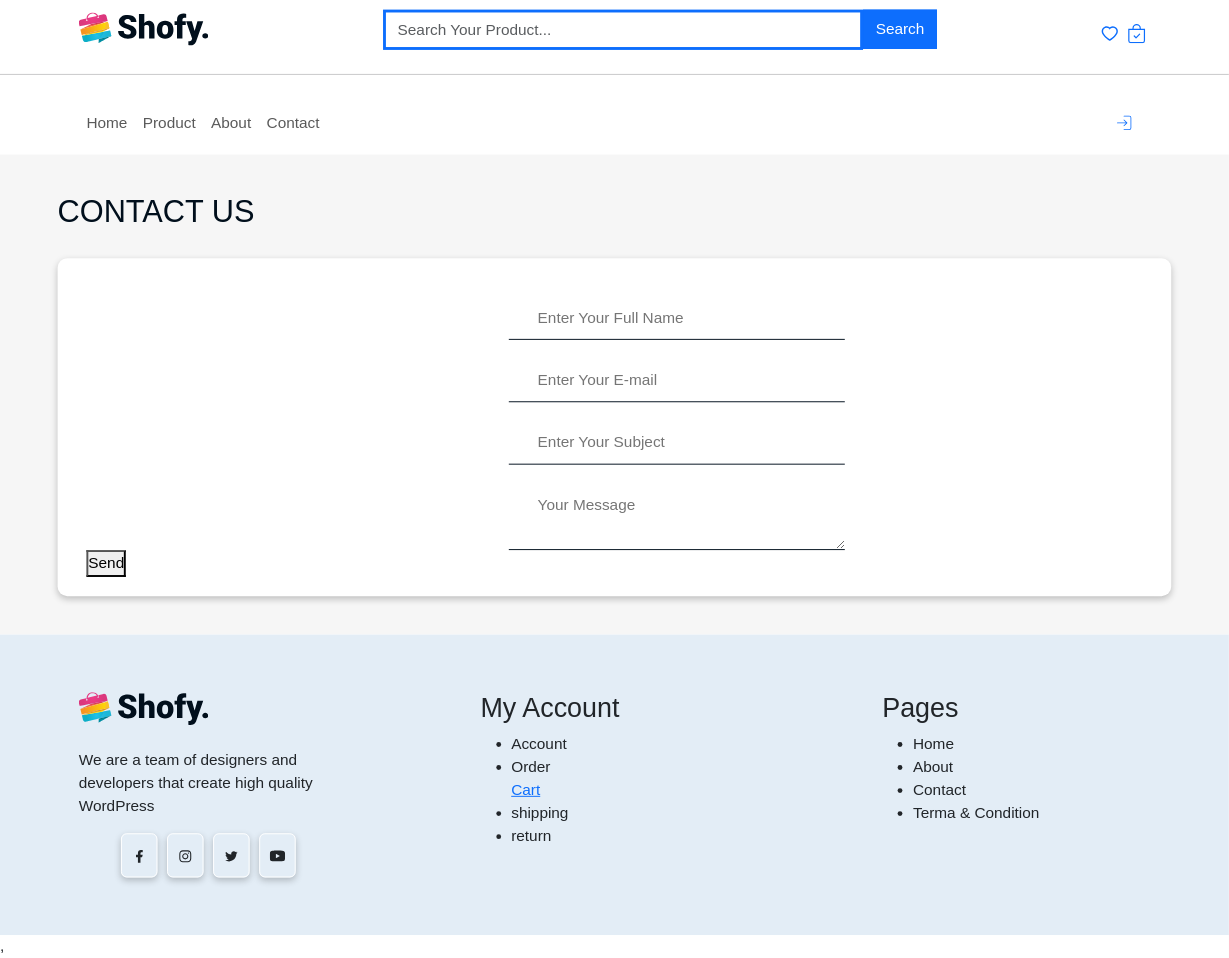
Repository: YomnaWegdan/E-commerce
Page: /contact
An editor plug-in stored every save of this project. The page is shown before and after a run of saves, followed by the edit.
The browser window is 1280 px wide. The pictures show the whole page, at 96% of full size.
The project was rebuilt for these pictures with package versions that can differ from the ones it lists, and the page was loaded fresh each time. Also part of the build but not shown: src/App.css, src/Pages/Home.css, src/Components/HomeProduct.js, src/Pages/Home.js, src/Pages/Product.js, src/Components/Cart/Cart.css, src/Components/Cart/Cart.js.

Above is the page before, as saved 2023-08-09 00:54:15.

### src/index.js
import React from 'react';
import ReactDOM from 'react-dom/client';
import './index.css';
import App from './App';
import reportWebVitals from './reportWebVitals';
import 'bootstrap/dist/css/bootstrap.min.css';
import { Auth0Provider } from '@auth0/auth0-react';
import { ContextProvider } from './Components/Context';

const root = ReactDOM.createRoot(document.getElementById('root'));
root.render(

  <ContextProvider>
  <Auth0Provider
  domain="dev-aamwpxlsfm3npzz6.us.auth0.com"
  clientId="MkjduxuJruldtmeMMgriskirViaGSRSW"
  authorizationParams={{
    redirect_uri: window.location.origin
  }}
>

  <App />
</Auth0Provider>,</ContextProvider>
);

// If you want to start measuring performance in your app, pass a function
// to log results (for example: reportWebVitals(console.log))
// or send to an analytics endpoint. Learn more: https://bit.ly/CRA-vitals
reportWebVitals();

### src/App.js
import { BrowserRouter , Routes , Route} from 'react-router-dom';
import './App.css';
import Navs from './Components/Navbar/Navs';
import Home from './Pages/Home';
import Footer from './Components/Footer/Footer';
import Product from './Pages/Product';
import Cart from './Components/Cart/Cart';
import Contact from './Pages/Contact';

function App() {
  return (
    <BrowserRouter>
    <Navs/>
    <Routes>
    <Route path='/' element={<Home/>}/>
    <Route path='/product' element={<Product/>}/>
    <Route path='/cart' element={<Cart/>}/>
    <Route path='/contact' element={<Contact/>}/>


    </Routes>
    <Footer/>

    </BrowserRouter>
  );
}

export default App;

### src/Components/Context.js
import {createContext  , useContext, useState} from "react"
import Productdetail from "../Pages/Productdetail";

export const Context = createContext(null);
export const useAppContext = () =>{
    const contextVar = useContext(Context);
    if(contextVar === undefined){
        throw new Error('Context must be within ContextProvider');
    }
    return contextVar;
}

export const ContextProvider = ({children}) =>{

    const [product , setProduct] = useState(Productdetail)
    const filterProduct = (product)=>{
        const update = Productdetail.filter((x)=>{
         return( x.Cat=== product )
        })
        setProduct(update)
      }
        const AllProducts = () =>{
          setProduct(Productdetail)
        }

        const searchBtn = (product) => {
    const change = Productdetail.filter((x) =>
    {
      return x.Cat === product
    })
    setProduct(change)
  }

  //Product_detail
  const [detail , setDetail] = useState([])
  const [close , setClose] = useState(false);

  const View = (product)=>{
    setDetail([{...product}])
    setClose(true)
  }

  //Cart
  const [cart , setCart] = useState([])

  const addToCart = (product)=>{
    const exist = cart.find((x)=>{
      return x.id === product.id
    })
    if(exist)
    {
      alert("This Product is already added to cart")
    }else{
      setCart([...cart, {...product, qty:1}])
      alert('Product is added to cart')
    }

  }
  console.log(cart)

  const increment =(product)=>{
    const exist = cart.find((x)=>{
        return x.id === product.id;
    })
    setCart(cart.map((el)=>{
      return el.id === product.id ? {...exist , qty: exist.qty +1}: el
    }))

}
const decrement =(product)=>{
  const exist = cart.find((x)=>{
    return x.id === product.id;
})
setCart(cart.map((el)=>{
  return el.id === product.id ? {...exist , qty: exist.qty -1}: el
}))
}

//Remove cart product
const removeproduct = (product) =>
{
    const exsit = cart.find((x) =>
    {
        return x.id === product.id
    })
    if(exsit.qty > 0)
    {
        setCart(cart.filter((x) =>
        {
            return x.id !== product.id
        }))
    }
}
const Totalprice = cart.reduce((price, item) => price + item.qty * item.Price, 0)


    return(
        <Context.Provider value={{ product , filterProduct, AllProducts , searchBtn , detail , View , close , setClose , addToCart , cart
          ,increment , decrement , removeproduct , Totalprice
         }}>
        {children}
        </Context.Provider>
    )}

### src/Components/Navbar/Navs.js
import { Fragment, useState } from 'react';
import Container from 'react-bootstrap/Container';
import Nav from 'react-bootstrap/Nav';
import Navbar from 'react-bootstrap/Navbar';
import Form from 'react-bootstrap/Form';
import Button from 'react-bootstrap/Button';
import Row from 'react-bootstrap/Row';
import Col from 'react-bootstrap/Col';
import logo from '../../img/logo.svg'
import { AiOutlineUser } from 'react-icons/ai';
import { CiLogin } from 'react-icons/ci';
import { CiLogout } from 'react-icons/ci';
import { AiOutlineHeart } from 'react-icons/ai';
import { BsBagCheck } from 'react-icons/bs';
import './Navs.css'
import { useAuth0 } from "@auth0/auth0-react";
import { useAppContext } from '../Context';
import { NavLink } from 'react-router-dom';

const Navs = () => {
  const { loginWithRedirect, logout , user, isAuthenticated } = useAuth0();
  const [search , setSearch] = useState()
  const {searchBtn} = useAppContext();


  return (
    <Fragment>
    <Navbar expand="lg" className='justify-content-between' >
      <Container>
        <Navbar.Brand href="/"><img src={logo} alt ='Logo'/></Navbar.Brand>
        <Navbar.Toggle aria-controls="basic-navbar-nav" />
        <Navbar.Collapse id="basic-navbar-nav" >
          <Nav className=" w-100 justify-content-center">
          <Form inline >
          <Row>
            <Col xs="auto">
              <Form.Control
                type="text"
                placeholder="Search Your Product..."
                className=" mr-sm-2  w-auto"
                value={search} onChange={(e)=>setSearch(e.target.value)}
              />

            </Col>
            <Col xs="auto" className=' m-sm-0'>
              <Button type="submit" onClick={()=>searchBtn(search)}  >Search</Button>
            </Col>
          </Row>
        </Form>
        </Nav>
        <Nav className=' justify-content-end'>
        {isAuthenticated &&
        (
        <Nav>
          <Nav.Link href="/" ><AiOutlineUser/></Nav.Link>
          <p className=' my-auto me-3' >Hello, {user.name}</p>
        </Nav>
        )}

        <NavLink to ="/"  className='mt-2 mx-1'><AiOutlineHeart/></NavLink>
        <NavLink to="/cart" className='mt-2 mx-1' ><BsBagCheck/></NavLink>

          </Nav>
        </Navbar.Collapse>
      </Container>
    </Navbar>
    <hr/>
    <Navbar expand="lg" >
    <Container>
      <Navbar.Toggle aria-controls="basic-navbar-nav "  />
      <Navbar.Collapse id="basic-navbar-nav" className=' justify-content-between'>
        <Nav className=" justify-content-start">
          <Nav.Link href="/">Home</Nav.Link>
          <Nav.Link href="/product">Product</Nav.Link>
          <Nav.Link href="/about">About</Nav.Link>
          <Nav.Link href="/contact">Contact</Nav.Link>
        </Nav>
        <Nav className="auth  ">
        {isAuthenticated?
                <Button onClick={() => logout({ logoutParams: { returnTo: window.location.origin } })}><CiLogout/></Button>:
                        <Button onClick={() => loginWithRedirect()}><CiLogin/></Button>
        }
        </Nav>
      </Navbar.Collapse>
    </Container>
  </Navbar></Fragment>
  )
}

export default Navs

### src/Components/Footer/Footer.js
import React from 'react'
import logo from '../../img/logo.svg'
import { AiOutlineInstagram } from 'react-icons/ai';
import { RiFacebookFill } from 'react-icons/ri';
import { AiOutlineTwitter } from 'react-icons/ai';
import { BsYoutube } from 'react-icons/bs';
import './Footer.css'
import { Link } from 'react-router-dom';

const Footer = () => {
  return (
    <div className='footer'>
    <div className='container d-flex justify-content-between '>
    <div className='about col-lg-3'>
    <div className='logo'>
        <img src={logo} alt='logo'></img>
    </div>
    <div className='detail'>
                    <p className=' mt-4'>We are a team of designers and developers that create high quality WordPress</p>
                    <div className='icon'>
                        <li><RiFacebookFill /></li>
                        <li><AiOutlineInstagram /></li>
                        <li><AiOutlineTwitter /></li>
                        <li><BsYoutube /></li>
                    </div>
                </div>
    </div>
    <div className='account col-lg-3'>
                <h3>My Account</h3>
                <ul>
                    <li>Account</li>
                    <li>Order</li>
                    <Link to='/cart'>Cart</Link>
                    <li>shipping</li>
                    <li>return</li>
                </ul>
            </div>
            <div className='page col-lg-3'>
                <h3>Pages</h3>
                <ul>
                    <li>Home</li>
                    <li>About</li>
                    <li>Contact</li>
                    <li>Terma & Condition</li>
                </ul>
            </div>
    </div>

    </div>
  )
}

export default Footer

### src/Pages/Contact.js
import React from 'react'
import './Contact.css'
const Contact = () => {
  return (
    <div>
    <div className='contact_container'>
    <div className='contant'>
    <h2>Contact Us</h2>
    <div className='form'>
    <form method='POST'>
    <input type='text' name='Name' value='' placeholder='Enter Your Full Name' required autoComplete='off'/>
    <input type='email' name='E-mail' value='' placeholder='Enter Your E-mail' required autoComplete='off'/>
    <input type='text' name='Subject' value='' placeholder='Enter Your Subject' required autoComplete='off'/>
    <textarea name='Message' value='' placeholder='Your Message' required autoComplete='off'></textarea>
    <button type='submit'>Send</button>

    </form>
    </div>
    </div>
    </div>



    </div>
  )
}

export default Contact

### src/Pages/Productdetail.js
const Productdetail =
[
    {
        id:1,
        Title:"Galaxy Tab S6 Lite 10.4-inch Android Tablet 128GB.",
        Cat: 'Tablet',
        Price: '723',
        Img: require('../img/tp1.jpg')
    },
    {
        id:2,
        Title:"Tracker with IP67 Waterproof Pedometer Smart watch.",
        Cat: 'Smart Watch',
        Price: '168',
        Img: require('../img/tp2.jpg')
    },
    {
        id:3,
        Title:"Cancelling Headphones Wireless.",
        Cat: 'Headphone',
        Price: '49',
        Img: require('../img/tp3.jpg')
    },
    {
        id:4,
        Title:"Professional Camera 4K Digital Video Camera.",
        Cat: 'Camera',
        Price: '1049',
        Img: require('../img/tp4.jpg')
    },
    {
        id:5,
        Title:"Mini Portable PD 22.5W Fast Charging Powerbank.",
        Cat: 'Powerbank',
        Price: '49',
        Img: require('../img/tp5.jpg')
    },
    {
        id:6,
        Title:"CPU Cooler 2 Heat Pipes 12mm 4 Pin PWM RGB for Intel.",
        Cat: 'Electronics',
        Price: '156',
        Img: require('../img/tp6.png')
    },
    {
        id:7,
        Title:"Playstation 4 2TB Slim Gaming Console.",
        Cat: 'Gaming',
        Price: '2098',
        Img: require('../img/tp7.jpg')
    },
    {
        id:8,
        Title:"Mini Portable Mobile Phone Powerbank for iphone.",
        Cat: 'Electronics',
        Price: '386',
        Img: require('../img/tp8.jpg')
    },
    {
        id:9,
        Title:"Microsoft Surface Pro 8-13' Touchscreen.",
        Cat: 'Tablet',
        Price: '693',
        Img: require('../img/p9.jpg')
    },
    {
        id:10,
        Title:"Playstation 4 2TB Slim Gaming Console.",
        Cat: 'Gaming',
        Price: '5036',
        Img: require('../img/p10.jpg')
    },
    {
        id:11,
        Title:"Echo Show 5 (2nd Gen) Adjustable Stand | Charcoal",
        Cat: 'Electronics',
        Price: '198',
        Img: require('../img/p11.jpg')
    },
    {
        id:12,
        Title:"Echo Dot smart speaker",
        Cat: 'Electronics',
        Price: '793',
        Img: require('../img/p12.jpg')
    },
]
export default Productdetail;

### src/Components/Navbar/Navs.css
.navbar input{
    width: 500px !important;
    border: 3px solid #0D6EFD;
    border-radius: 0px !important;
    outline: none !important;


}
.navbar input:focus{
    outline: none !important;
}
.navbar button{
    margin-left: -24px;
    border-radius: 0px !important;
    height: 41px;
}
@media (max-width:1200px) {
    .navbar button{
        margin-left: 0;
    }
    .navbar input{
        width: 260px !important;
    }
}
.navbar svg{
    color: #0D6EFD;
    width: 20px;
    height: 20px;
}

.navbar a:hover{
    color: #0D6EFD;

}
.navbar p{
    width: max-content;
}
.navbar .auth button{
    background-color: white;
    border: none;
    margin: 5px;
}

### src/Components/Footer/Footer.css
.footer{
    background: #e3edf6;
    padding: 60px;
    text-align: start;
}
.footer .detail .icon{
    list-style: none;
    display: flex;
    justify-content: center;

}
.footer .detail .icon li{
    margin-right: 10px;
    border: 1px solid white;
    box-shadow: rgba(0, 0, 0, 0.24) 0px 3px 8px;
    padding: 10px;
    border-radius: 6px;

}
.footer .detail .icon li:hover{
    background-color: #0989ff;
    color: white;
    border: 1px solid #0989ff;
    transition: 0.5s;


}

.footer .account li:hover , .footer .page li:hover{
    color: #0989ff;
    cursor: pointer;
    transition: 0.5s;


}

### src/Pages/Product.css
*
{
    margin: 0;
    padding: 0;
    font-family: sans-serif;
    box-sizing: border-box;
}
.products
{
    padding: 30px 40px;
    width: 100%;

}
.products h3
{
    font-size: 42px;
    letter-spacing: 1px;
    text-transform: uppercase;
    font-weight: 300;
    color: #010f1c;
    margin-left: 4%;

}
.products p
{
    margin-top: 10px;
    color: #9a9a9a;
    margin-left: 4%;

}
.products .container
{
    margin-top: 30px;
    max-width: 100%;
    display: flex;
    justify-content: space-between;
}
.products .container .filter
{
    padding: 20px 30px;
    display: flex;
    justify-content:flex-start;
    flex-wrap: wrap;
}
.products .container .filter .categories h3
{
    color: #010f1c;
    font-size: 16px;
    text-transform: uppercase;
    font-weight: 600;
}
.products .container .filter .categories ul
{
    margin-top: 10px;
}
.products .container .filter .categories ul li
{
    list-style: none;
    margin-top: 20px;
    color: #010f1c;
    cursor: pointer;
}
.products .container .productbox
{
    margin-right: 0%;
    display: flex;
    justify-content: space-between;
    flex-wrap: wrap;
    width: 80%;

}

.products .container .productbox .contant{
    display: flex;
    justify-content:flex-end;
    flex-wrap: wrap;


}
.products .container .productbox .contant .box
{
    padding: 10px 20px;
    overflow: hidden;
    width: 280px;
    height: 400px;
    border: 1px solid #e2e0e0;
    margin-bottom: 20px;
    transition: 0.5s;
    cursor: pointer;
    border-radius: 5px;
    margin-right: 20px;
}
.products .container .productbox .contant .box:hover
{
    box-shadow: rgba(0, 0, 0, 0.24) 0px 3px 8px;
}
.products .container .productbox .contant .box .img_box
{
    display: flex;
    justify-content: space-between;
    border-bottom: 1px solid #e2e0e0;
}
.products .container .productbox .contant .box .img_box img
{
    width: 300px;
    height: 250px;
    margin-right: 50px;
}
.products .container .productbox .contant .box .img_box .icon
{
    z-index: 1;
    position: relative;
    right: 0;
    display: flex;
    flex-direction: column;
    margin-top: 20px;
    transition: 0.5s;
}
.products .container .productbox .contant .box:hover .img_box .icon
{
    transform: translateX(-130px);
}
.products .container .productbox .contant .box .img_box .icon li
{
    list-style: none;
    padding: 10px 10px;
    color: #010f1c;
    cursor: pointer;
    box-shadow: rgba(0, 0, 0, 0.24) 0px 3px 8px;
    background: #fff;
    transition: 0.5s;
    font-size: 18px;
}
.products .container .productbox .contant .box .img_box .icon li:hover
{
    background: #0989ff;
    color: #fff;
}
.products .container .productbox .contant .box .detail
{
    margin-top: 10px;
}
.products .container .productbox .contant .box .detail h3
{
    font-size: 16px;
    margin-top: 5px;
    color: #010f1c;
    transition: 0.5s;
}
.products .container .productbox .contant .box:hover .detail h3
{
    color: #0989ff;
}
.products .container .productbox .contant .box .detail h4
{
    margin-top: 5px;
    font-size: 14px;
    color: #0989ff;
    letter-spacing: 1px;
}

.product_detail
{
    padding: 30px 40px;
    width: 100%;
    height: 120%;
    position: fixed;
    z-index: 2;
    margin-top: -20%;
    background: rgba(0, 0, 0, 0.24);
}
.product_detail .container
{
    margin-top: 15%;
    width: 1000px;
    height: 550px;
    background: #fff;
    padding: 20px 30px;
    border-radius: 10px;
    box-shadow: rgba(0, 0, 0, 0.24) 0px 3px 8px;
}
.product_detail .container .closebtn
{
    margin-left: 100%;
    border: none;
    outline: none;
    background: none;
    font-size: 22px;
    cursor: pointer;
}
.product_detail .container .productbox
{
    max-width: 100%;
    display: flex;
    padding: 20px 30px;
    margin-top: 20px;
    justify-content: space-between;
    margin-top: 60px;
}
.product_detail .container .productbox .img-box
{
    padding: 20px 30px;
    width: 400px;
    height: 350px;
    background: #f1f1f1;
}
.product_detail .container .productbox .img-box img
{
    width: 250px;
    height: 250px;
}
.product_detail .container .productbox .detail
{
    margin-left: 30px;
    margin-top: 10px;
}
.product_detail .container .productbox .detail h4
{
    text-transform: uppercase;
    font-size: 14px;
    font-weight: 200;
    color: #9a9a9a;
    letter-spacing: 1px;
}
.product_detail .container .productbox .detail h2
{
    margin-top: 20px;
    font-size: 32px;
    color: #010f1c;
    text-transform: capitalize;
    letter-spacing: 1px;
}
.product_detail .container .productbox .detail p
{
    margin-top: 10px;
    color: #4a4a4a;
}
.product_detail .container .productbox .detail h3
{
    margin-top: 10px;
    color: #010f1c;
    font-size: 32px;
    letter-spacing: 1px;
}
.product_detail .container .productbox .detail button
{
    margin-top: 30px;
    padding: 15px 60px;
    font-size: 16px;
    color: #fff;
    background: #010f1c;
    transition: 0.5s;
    border: none;
    outline: none;
    cursor: pointer;
}
.product_detail .container .productbox .detail button:hover
{
    background: #0989ff;
}

### src/Pages/Contact.css
.contact_container{
    padding: 30px 40px;
    width: 100%;
    background: #f6f6f6;
}
.contact_container .contant{
    padding: 10px 20px;
    max-width: 100%;
}
.contact_container .contant h2{
    text-transform: uppercase;
    font-size: 32px;
    color: #010f1c;
    font-weight: 200;
}
.contact_container .contant .form{
    margin-top: 30px;
    padding: 20px 30px;
    background: #fff;
    border-radius: 10px;
    box-shadow: rgba(0, 0, 0, 0.24) 0px 3px 8px;

}
.contact_container .contant .form form input , .contact_container .contant .form form textarea{

    padding: 10px 30px;
    border: none;
    outline: none;
    background: none;
    border-bottom: 1px solid #010f1c;
    width: 350px;
    margin-top: 20px;
    margin-left: 40%;
    display: flex;
    justify-content: center;
    align-items:center;
}
.contact_container .contant .form form textarea{

}

Loaded but not shown: public/index.html (common file); src/index.css (common file); src/reportWebVitals.js (common file)

After the next 3 saves:
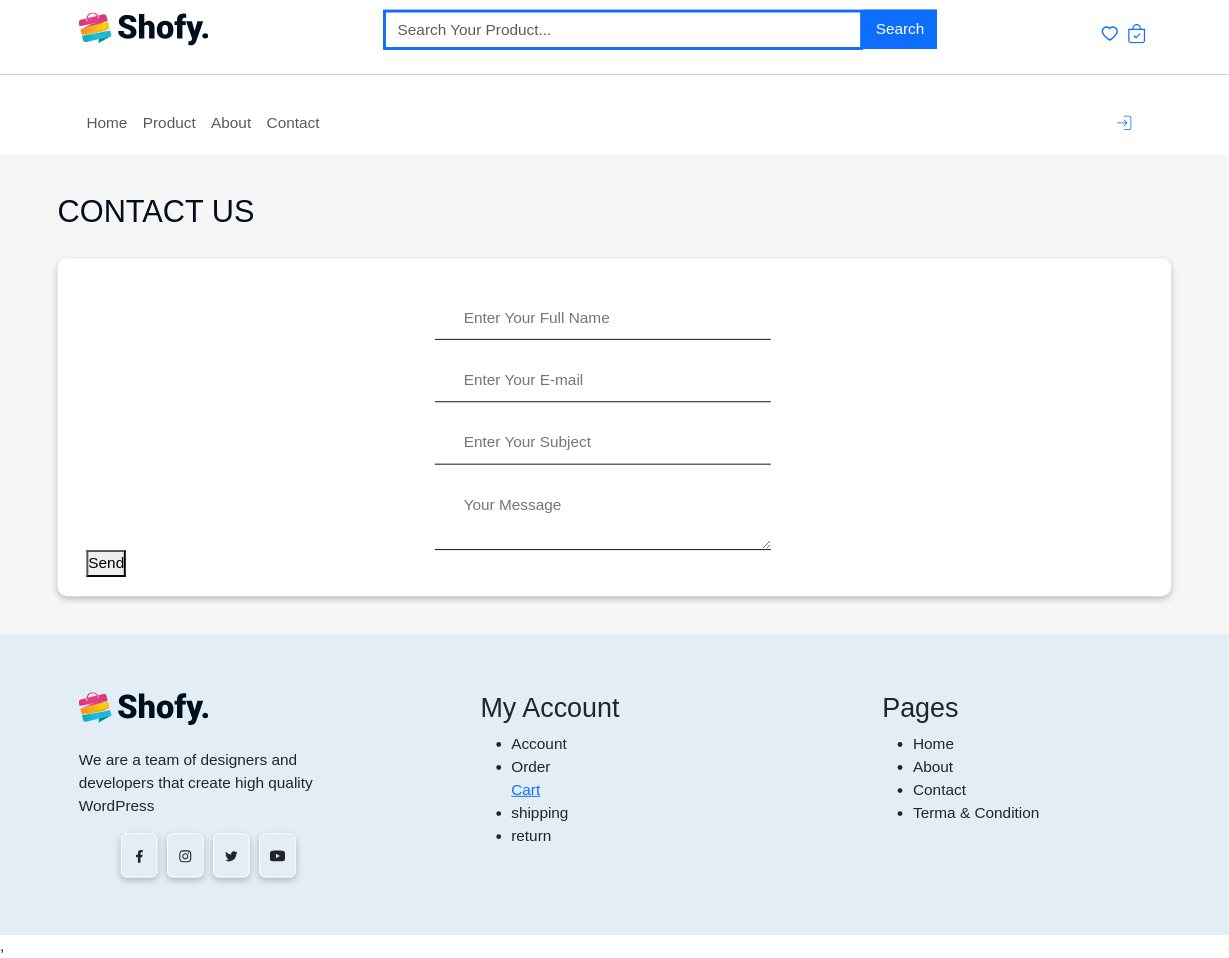
The 3 saves are shown as one change because they came seconds apart.
The last was saved 8 s later.
--- a/src/Pages/Contact.css
+++ b/src/Pages/Contact.css
@@ -30,7 +30,7 @@
     border-bottom: 1px solid #010f1c;
     width: 350px;
     margin-top: 20px;
-    margin-left: 40%;
+    margin-left: 33%;
     display: flex;
     justify-content: center;
     align-items:center;
